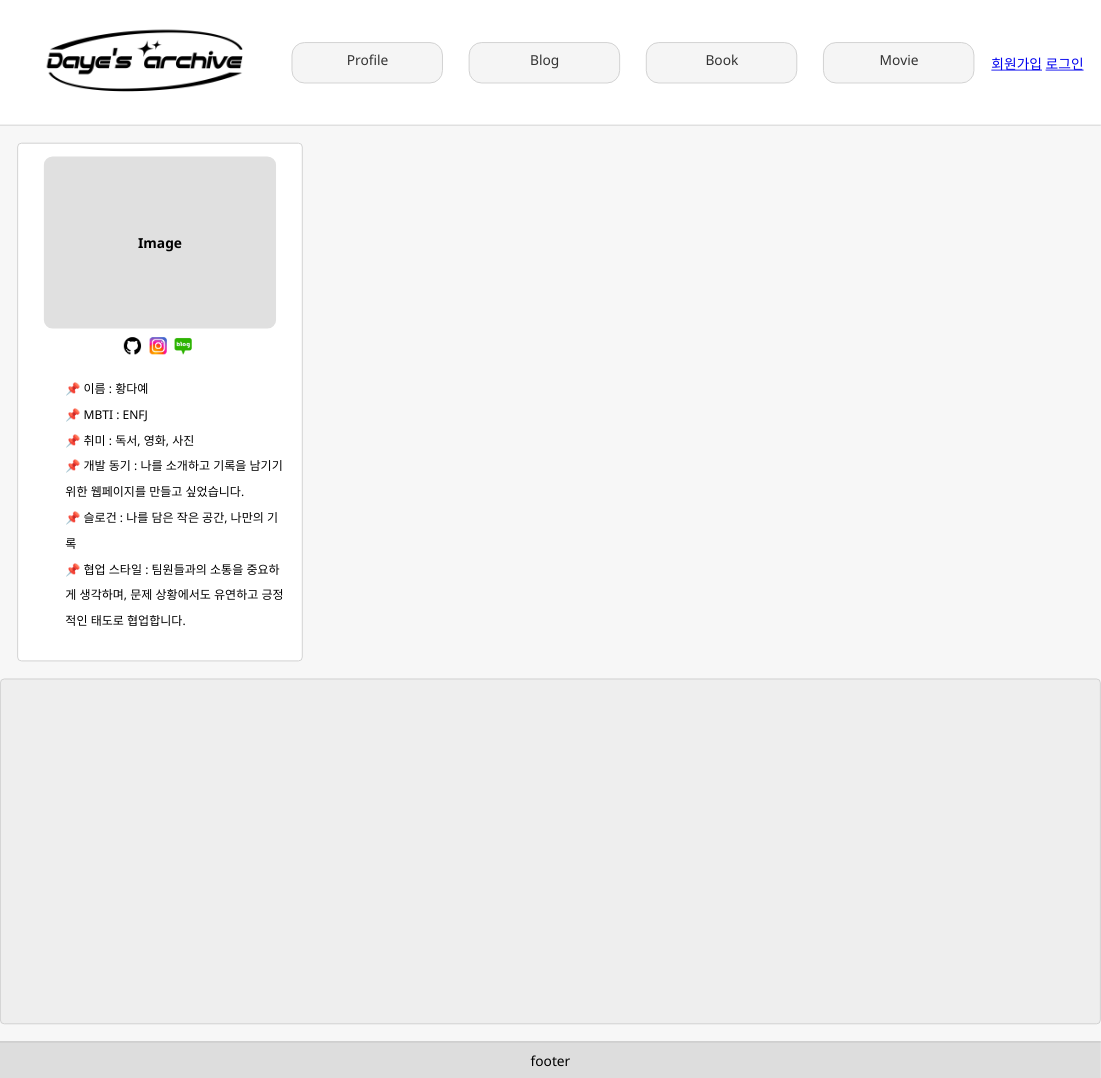
Repository: HWANG-DAYE/spring_project
Page: http://localhost/daye_archive/WEB-INF/views/main.jsp
The author's editor kept a copy of each file at every save. The page is drawn from the files as they stood at one save, then again after the next save.
The browser window is 1280 px wide. The pictures show the whole page, at 86% of full size.
The page is served by Tomcat 9. Nobody is signed in. Other server files are loaded and not shown. The template is opened directly, without the code that normally fills it, so the values that code supplies are empty.

Above is the page before, as saved 2025-08-06 08:07:00.

### daye_archive/src/main/webapp/WEB-INF/views/main.jsp
<%@ page language="java" contentType="text/html; charset=UTF-8"
	pageEncoding="UTF-8"%>
<%@ taglib uri="http://java.sun.com/jsp/jstl/core" prefix="c"%>
<!DOCTYPE html>
<html lang="ko">
<head>
<meta charset="UTF-8">
<title>메인 페이지</title>
<style>
body {
	margin: 10px;
	font-family: 'Segoe UI', Tahoma, Geneva, Verdana, sans-serif;
	background-color: #f7f7f7;
	font-family: 'Segoe UI', Tahoma, Geneva, Verdana, sans-serif;
}

header {
	display: flex;
	justify-content: space-between;
	align-items: center;
	padding: 10px 20px;
	background-color: #ffffff;
	border-bottom: 1px solid #ccc;
}

.container {
	display: flex;
	padding: 20px;
}

.profile {
	width: 300px;
	background-color: #fff;
	border: 1px solid #ccc;
	padding: 15px;
	border-radius: 5px;
	margin-right: 20px;
	text-align: center;
	align-items: center;
}

.profile .image-box {
	width: 90%;
	height: 200px;
	background-color: #e0e0e0;
	border-radius: 10px;
	margin: 0 auto 10px; /* 가운데 정렬을 위해 수정 */
	display: flex;
	justify-content: center;
	align-items: center;
	font-weight: bold;
}

.profile .sns {
	margin: 8px 0;
}

.profile .sns img {
	width: 20px;
	margin-right: 5px;
}

.profile ul {
	text-align: left;
	list-style: none;
	margin-top: 20px;
}

.profile li {
	font-size: 14px;
	line-height: 30px;
}

.content {
	flex: 1;
	background-color: #eeeeee;
	border: 1px solid #ccc;
	border-radius: 5px;
	min-height: 400px;
}

footer {
	text-align: center;
	padding: 10px;
	background-color: #ddd;
	border-top: 1px solid #bbb;
	margin-top: 20px;
}
</style>
</head>
<body>

	<header>
		<jsp:include page="navi.jsp" />
	</header>

	<div class="container">
		<div class="profile">
			<div class="image-box">Image</div>
				<div class="sns">
					<img src="<c:url value='/resources/images/git.png' />" alt="GitHub">
					<img src="<c:url value='/resources/images/insta.png' />" alt="Instagram">
					<img src="<c:url value='/resources/images/blog.png' />" alt="Blog">
				</div>
				<ul>
					<li>📌 이름 : 황다예</li>
					<li>📌 MBTI : ENFJ</li>
					<li>📌 취미 : 독서, 영화, 사진</li>
					<li>📌 개발 동기 : 나를 소개하고 기록을 남기기 위한 웹페이지를 만들고 싶었습니다.</li>
					<li>📌 슬로건 : 나를 담은 작은 공간, 나만의 기록</li>
					<li>📌 협업 스타일 : 팀원들과의 소통을 중요하게 생각하며, 문제 상황에서도 유연하고 긍정적인 태도로
						협업합니다.</li>
				</ul>
			</div>
		</div>

		<div class="content">
			<!-- 중앙 컨텐츠 영역 -->
		</div>

	<footer> footer </footer>

</body>
</html>

### daye_archive/src/main/webapp/WEB-INF/views/navi.jsp
<%@ page language="java" contentType="text/html; charset=UTF-8"
	pageEncoding="UTF-8"%>
<%@ taglib uri="http://java.sun.com/jsp/jstl/core" prefix="c"%>
<!DOCTYPE html>
<html>
<head>
<meta charset="UTF-8">
<title>Insert title here</title>
<style>
body {
	margin: 0;
	font-family: 'Segoe UI', Tahoma, Geneva, Verdana, sans-serif;
	background-color: #f7f7f7;
}

header {
	justify-content: space-between;
	align-items: center;
	padding: 10px 20px;
	background-color: #ffffff;
	border-bottom: 1px solid #ccc;
}

.logo-img {
	height: 80px;
	padding: 20px 30px;
	object-fit: contain;
}

.container {
	display: flex;
	padding: 20px;
}

.nav-links {
	display: flex;
	gap: 30px;
	justify-content: flex-start;
}

.nav-links a {
	width: 150px;
	height: 30px;
	text-decoration: none;
	text-align: center;
	color: #333;
	padding: 8px 12px;
	border-radius: 15px;
	border: 1px solid #ccc;
	background-color: #f5f5f5;
	transition: background-color 0.2s;
	display: flex;
	align-items: left;
	justify-content: center;
}

.nav-links a:hover {
	background-color: #e0e0e0;
}

.sign {
	gap: 30px;
	text-align: right;
}
</style>
</head>
<body>
	<!-- 로고 클릭 시 메인으로 이동 -->
	<div class="logo">
		<a href="<c:url value='/main.jsp' />"> <img
			src="<c:url value='/resources/images/logo1.png' />" alt="Logo"
			class="logo-img">
		</a>
	</div>

	<!-- 메뉴 링크들 -->
	<nav class="nav-links">
		<a href="<c:url value='/profile.jsp' />">Profile</a> <a
			href="<c:url value='/blog.jsp' />">Blog</a> <a
			href="<c:url value='/booklist.jsp' />">Book</a> <a
			href="<c:url value='/movielist.jsp' />">Movie</a>
	</nav>

	<!-- 로그인/회원가입 -->
	<div class="sign">
		<a href="<c:url value='/register.jsp' />">회원가입</a> <a
			href="<c:url value='/login.jsp' />">로그인</a>
	</div>

</body>
</html>

After the next save:
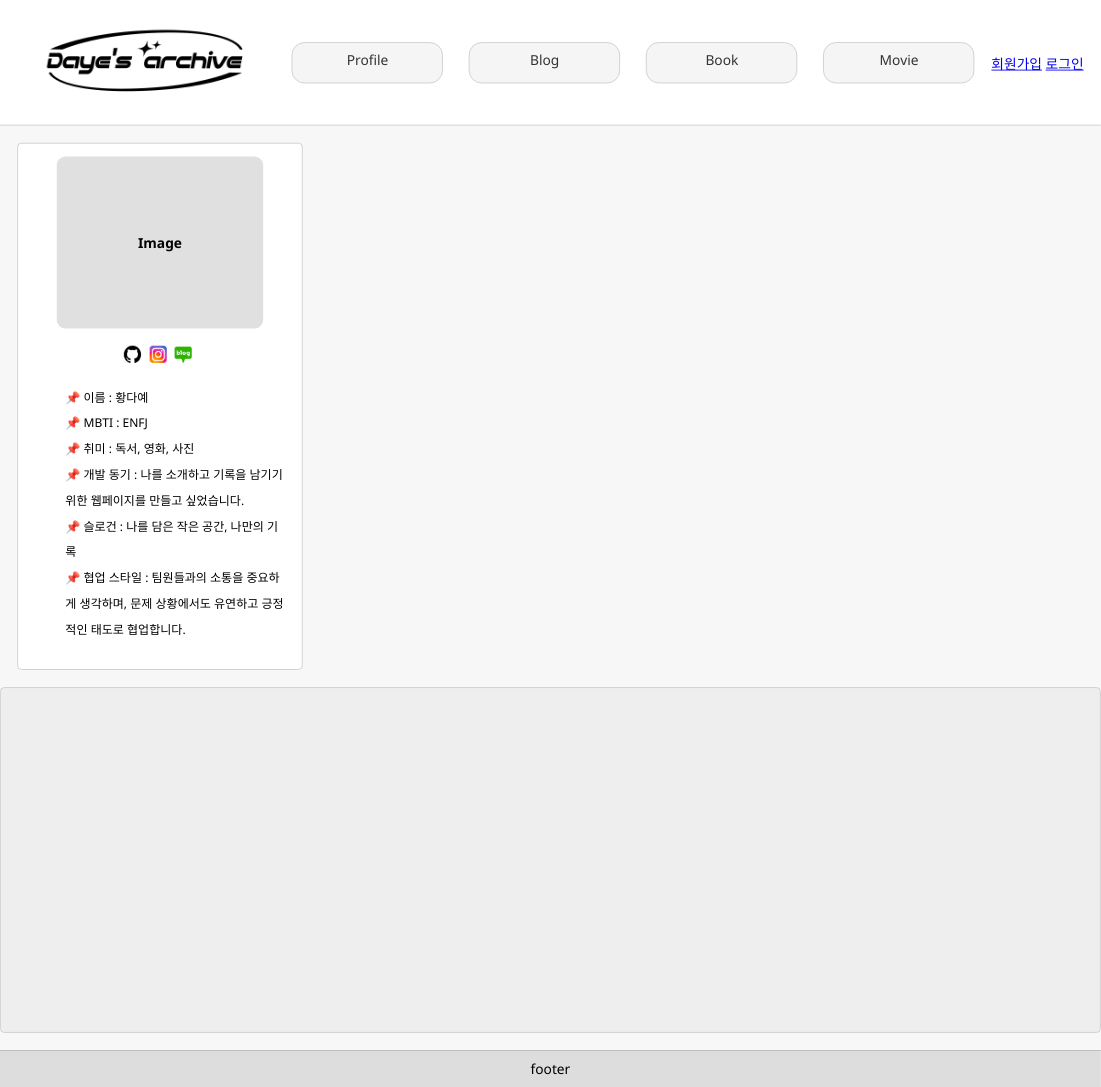
Saved 3 min 19 s later.
--- a/daye_archive/src/main/webapp/WEB-INF/views/main.jsp
+++ b/daye_archive/src/main/webapp/WEB-INF/views/main.jsp
@@ -40,11 +40,11 @@ header {
 }
 
 .profile .image-box {
-	width: 90%;
+	width: 80%;
 	height: 200px;
 	background-color: #e0e0e0;
 	border-radius: 10px;
-	margin: 0 auto 10px; /* 가운데 정렬을 위해 수정 */
+	margin: 0 auto 20px; /* 가운데 정렬을 위해 수정 */
 	display: flex;
 	justify-content: center;
 	align-items: center;
